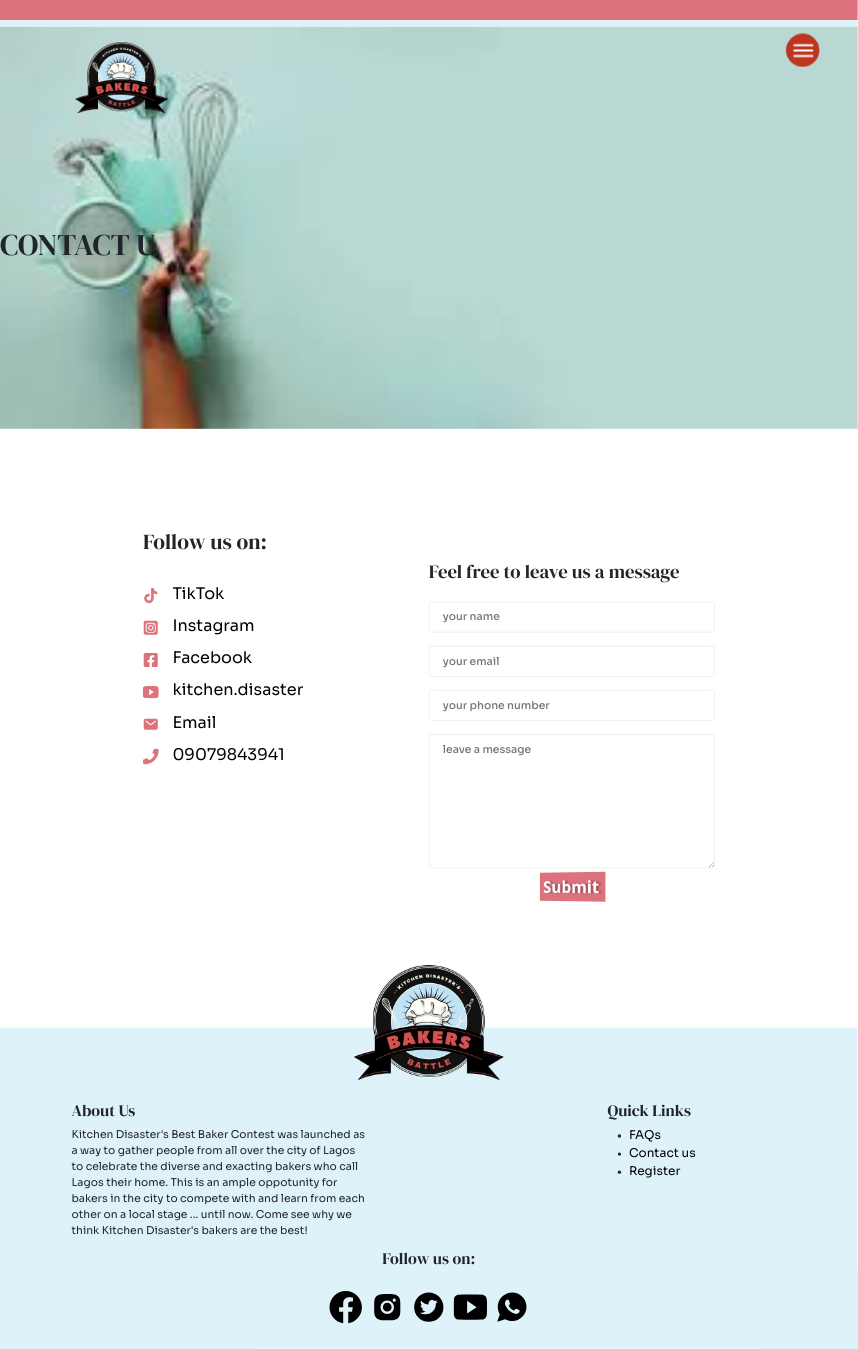
Repository: sarahnnanyelugo/bakers-battle
Page: /contact
The author's editor kept a copy of each file at every save. The page is drawn from the files as they stood at one save, then again after the next save.
The browser window is 1280 px wide. The pictures show the whole page, at 67% of full size.
The project was rebuilt for these pictures with package versions that can differ from the ones it lists, and the page was loaded fresh each time. Also part of the build but not shown: src/components/ScreenSlide/slide.scss, src/components/ScreenSlide/ScreenSlide.js, src/pages/Home/home.scss, src/pages/Home/Home.js, src/components/Title.js, src/components/FAQAccord/faq-accord.scss, src/components/FAQAccord/FAQAccord.js, src/pages/FAQ/faq.scss and 9 more.

Above is the page before, as saved 2024-07-17 08:28:03.

After the next save:
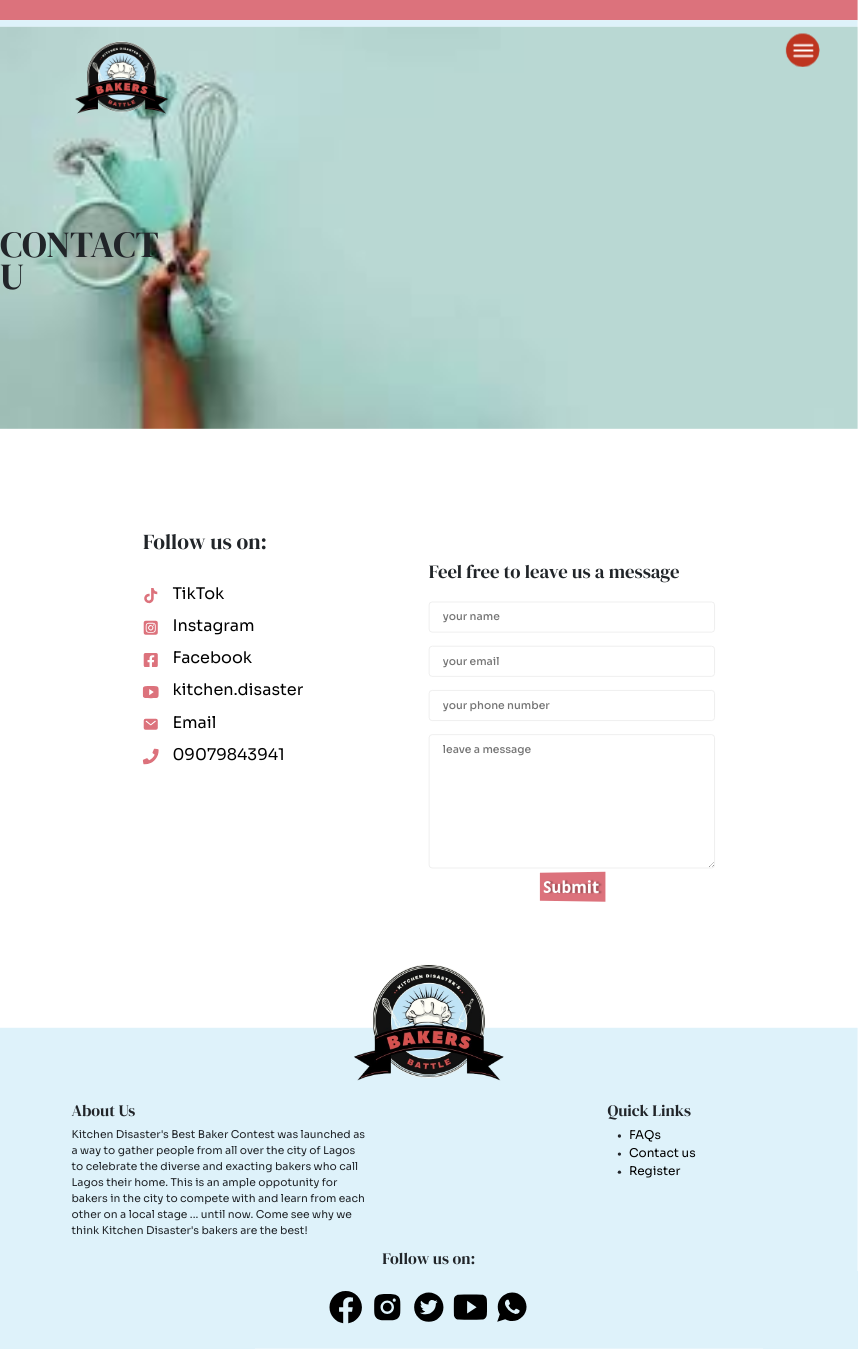
Saved 89 s later.
--- a/src/pages/ContactPage/contact.scss
+++ b/src/pages/ContactPage/contact.scss
@@ -45,9 +45,8 @@
 .heading {
   h1 {
     position: absolute;
-    width: 100%;
     height: 50%;
-    font-size: 45px;
+    font-size: 55px;
   }
 
   h1:after {
